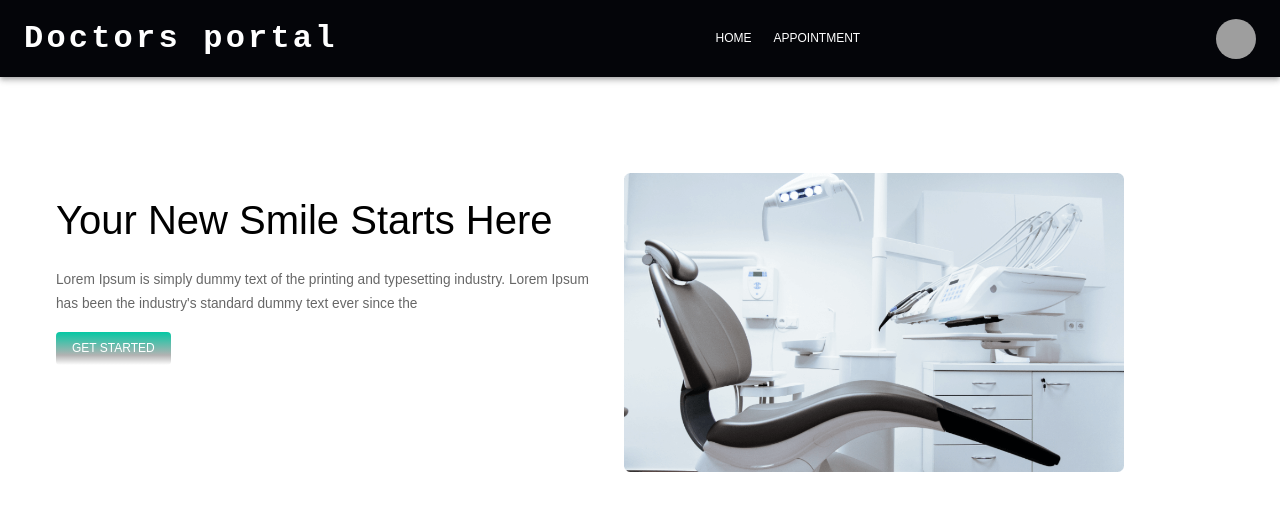
Repository: mdrubel02/health-care
Page: /home
An editor plug-in stored every save of this project. The page is shown before and after the next save, followed by the edit.
The browser window is 1280 px wide. The pictures show the whole page.
Pictures or frames that could not be fetched are drawn as grey boxes. The project was rebuilt for these pictures with package versions that can differ from the ones it lists, and the page was loaded fresh each time. Also part of the build but not shown: src/Pages/Appointment/Appointment.js.

Above is the page before, as saved 2022-11-15 10:51:08.

After the next save:
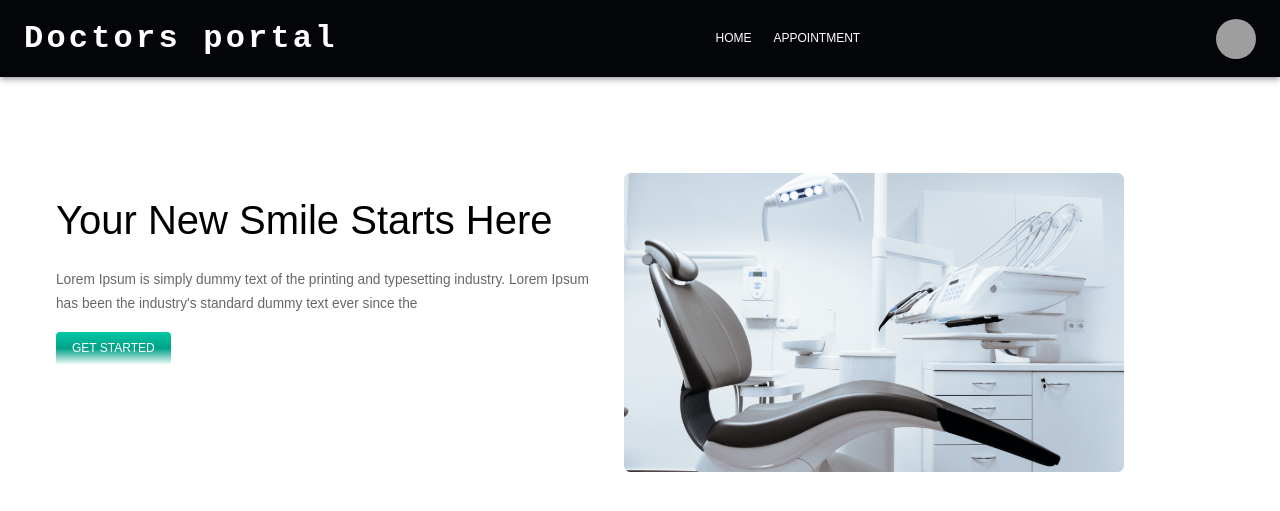
Saved 36 s later.
--- a/src/Pages/Home/Banner/Banner.js
+++ b/src/Pages/Home/Banner/Banner.js
@@ -19,7 +19,7 @@ const Banner = () => {
                             sx={{
                                 background:
                                   'linear-gradient(to bottom, #04C8A4 , ' +
-                                  'rgba(0,0,0,0.3) 70%, rgba(0,0,0,0) 100%)',
+                                  '#00A187, rgba(0,0,0,0) 100%)',
                                   color:'white',
                               }}
 
